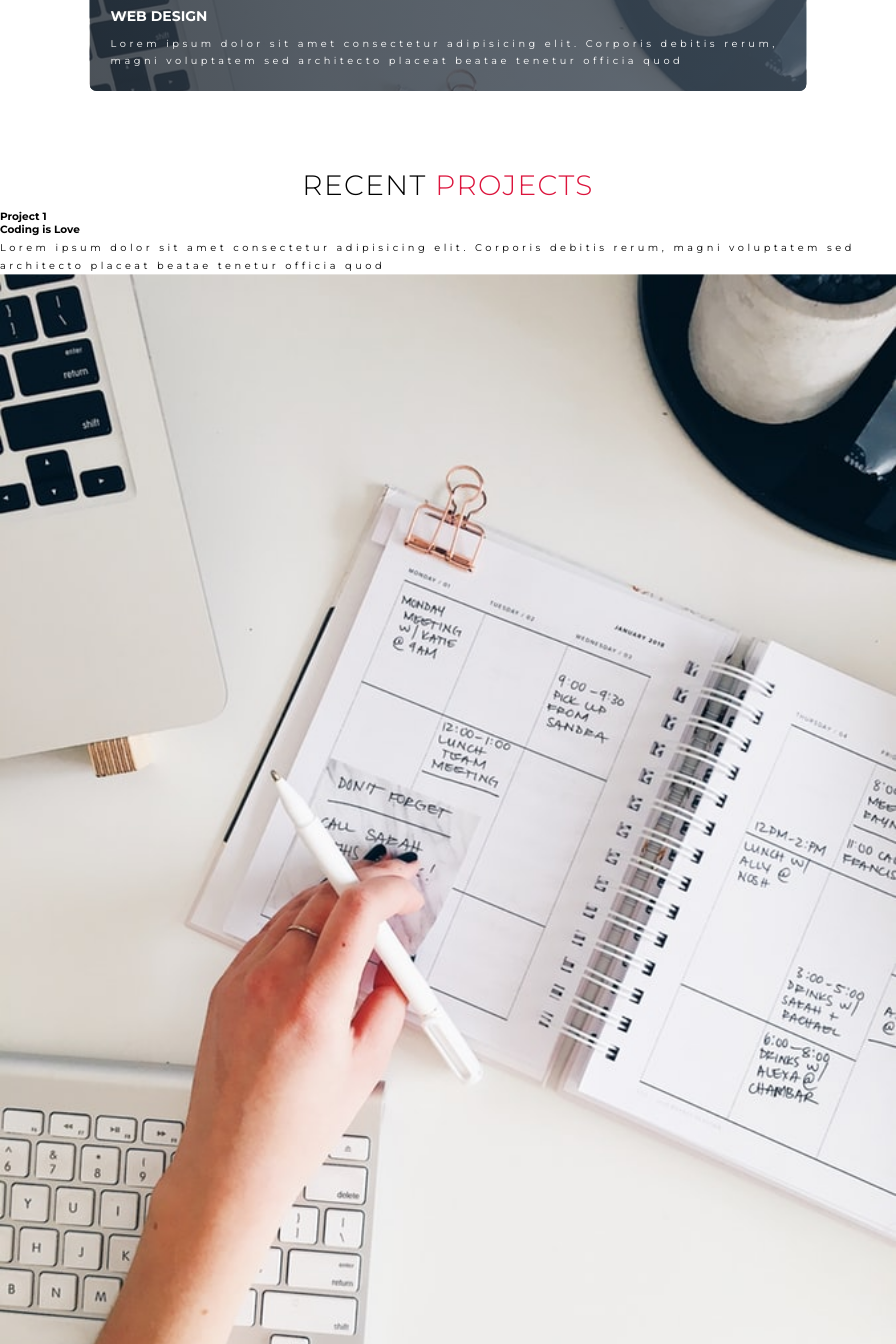
Repository: randysteele/my-portfolio-2023
Page: index.html
The author's editor kept a copy of each file at every save. The page is drawn from the files as they stood at one save, then again after the next save.
The browser window is 1280 px wide. The pictures show the part of the page from y = 1940 to 3860 px (the page is 11265 px tall before and 10932 px after), at 70% of full size.

Above is the page before, as saved 2023-04-23 15:25:54.

After the next save:
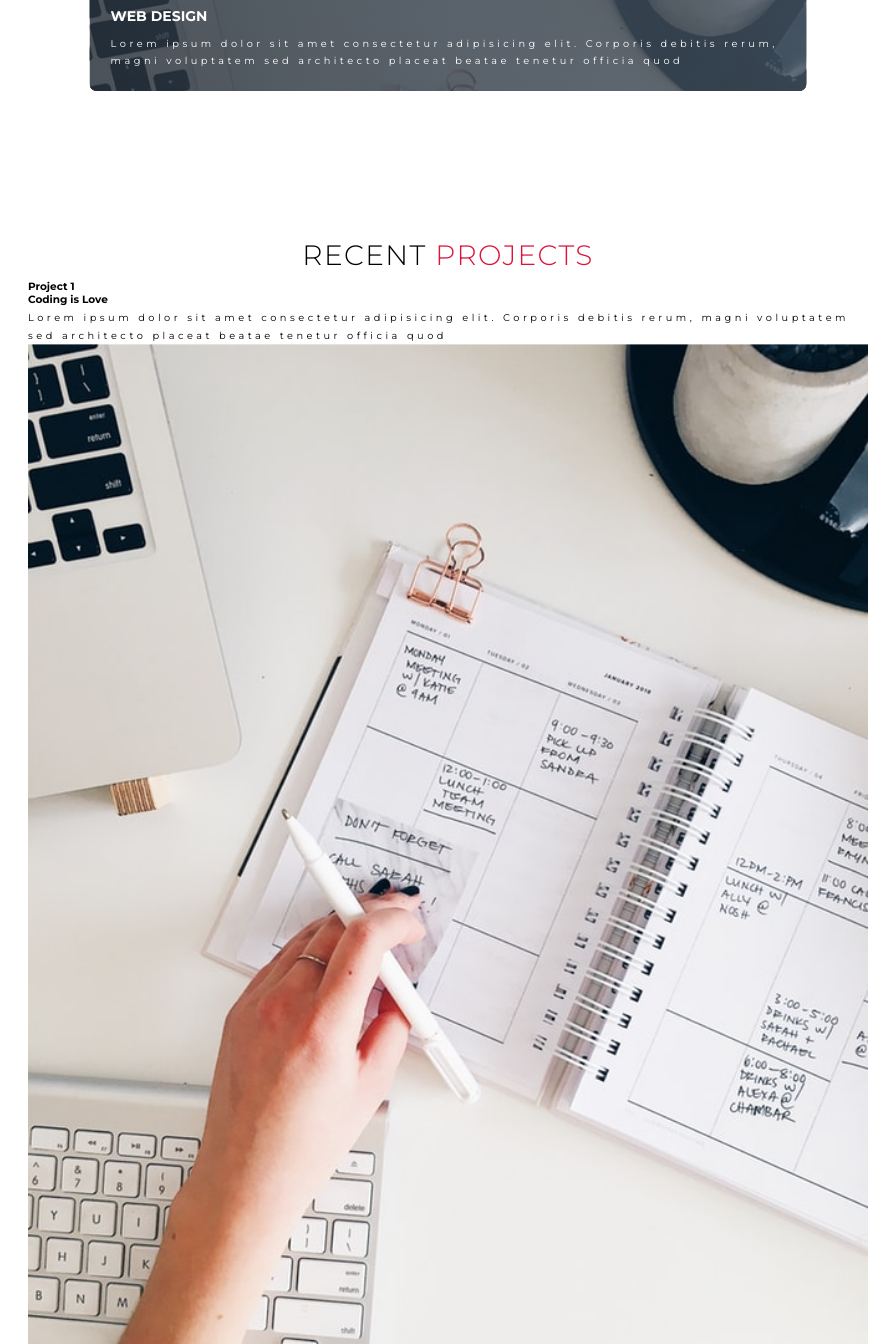
Saved 36 s later.
--- a/style.css
+++ b/style.css
@@ -217,6 +217,9 @@ p {
 
 #projects .projects{
     flex-direction: column;
+    max-width: 1200px;
+    margin: 0 auto;
+    padding: 100px 0;
 
 }
 
